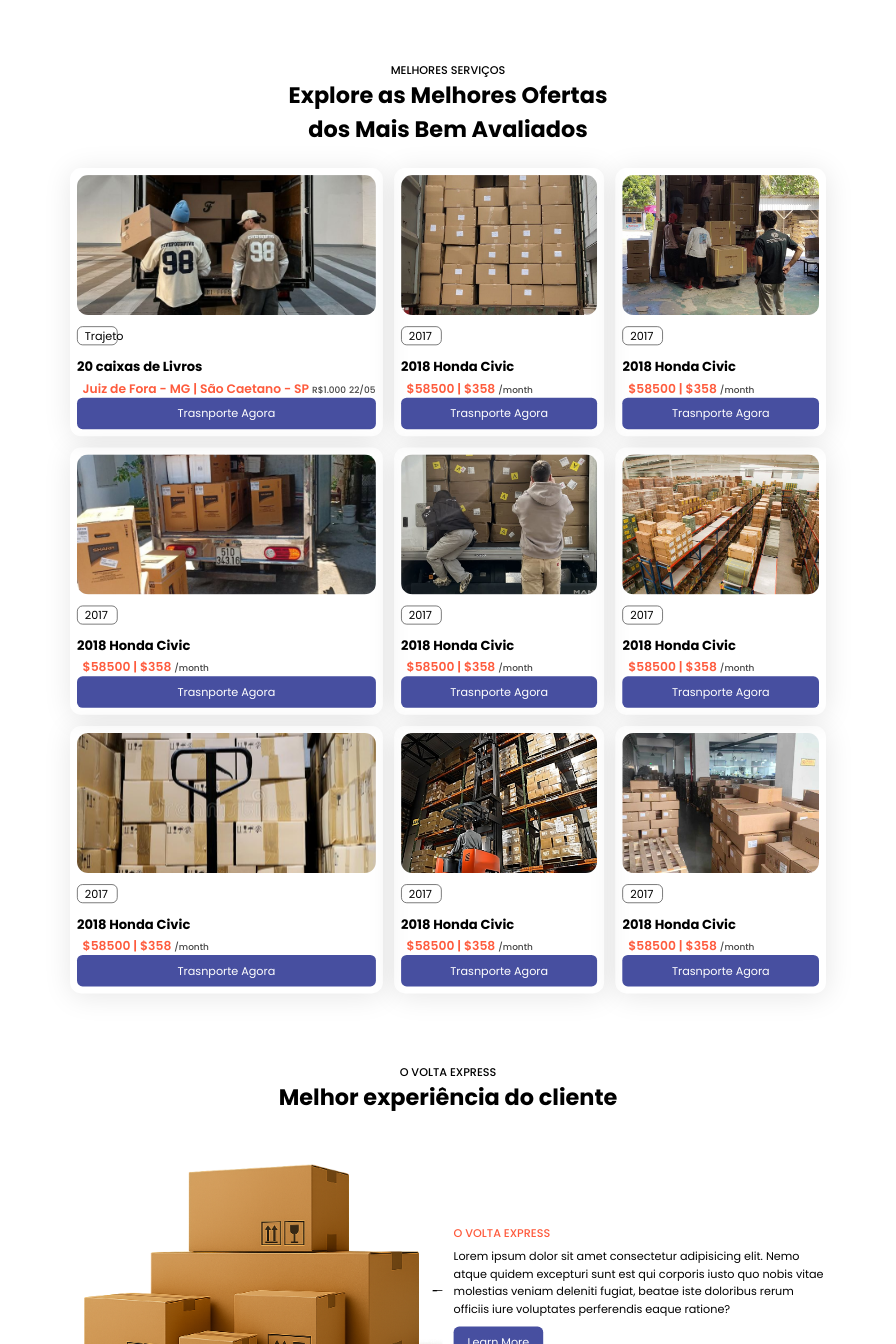
Repository: douglasabnovato/transportation
Page: index.html
An editor plug-in stored every save of this project. The page is shown before and after the next save, followed by the edit.
The browser window is 1280 px wide. The pictures show the part of the page from y = 1143 to 3063 px (the page is 4034 px tall before and 4060 px after), at 70% of full size.

Above is the page before, as saved 2025-05-19 01:15:25.

After the next save:
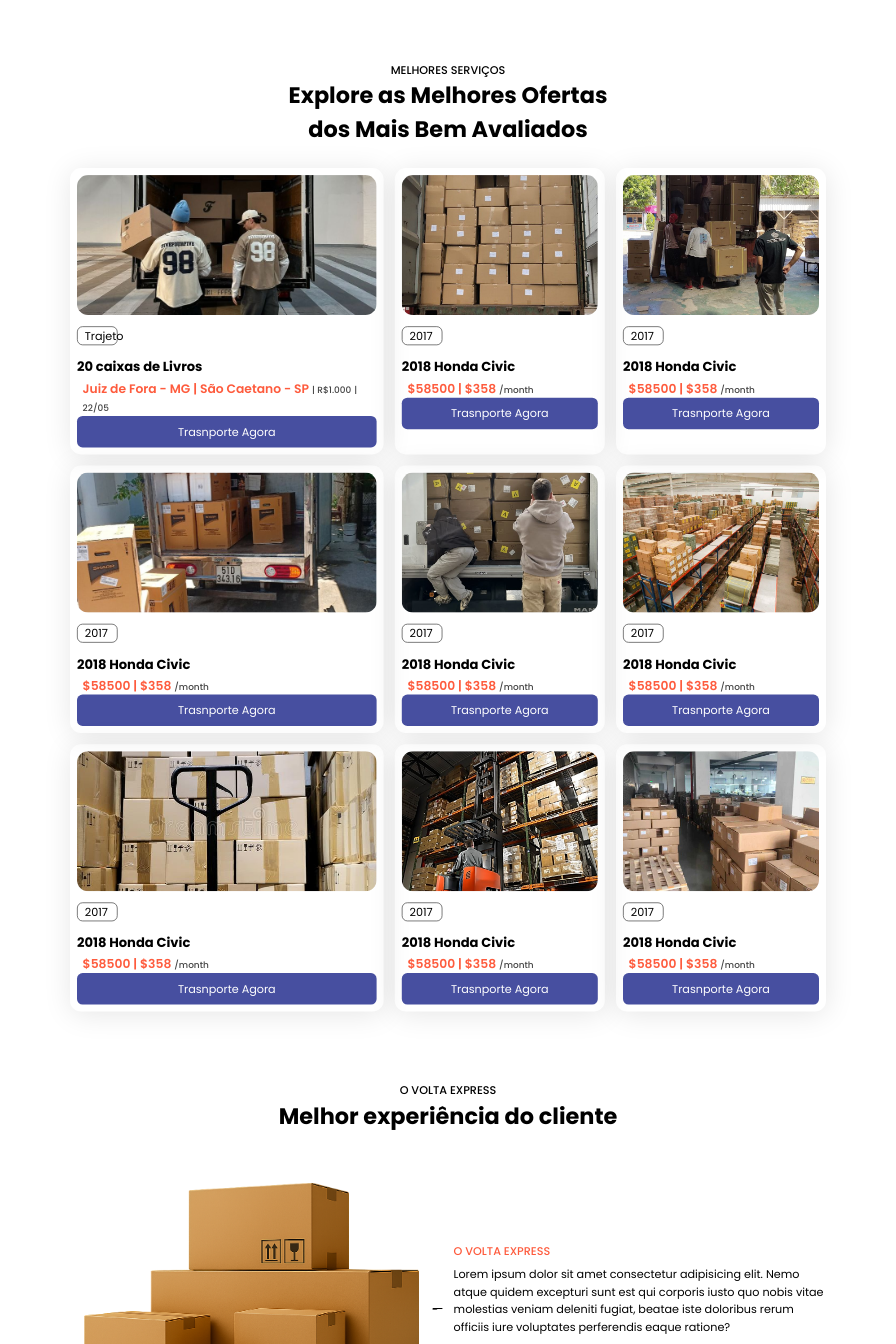
Saved 20 s later.
--- a/index.html
+++ b/index.html
@@ -123,8 +123,8 @@
           <h3>20 caixas de Livros</h3>
           <h2>
             Juiz de Fora - MG | São Caetano - SP
-            <span> R$1.000</span>
-            <span>22/05</span>
+            <span> | R$1.000</span>
+            <span> | 22/05</span>
           </h2>
           <a href="#" class="btn">Trasnporte Agora</a>
         </div>
